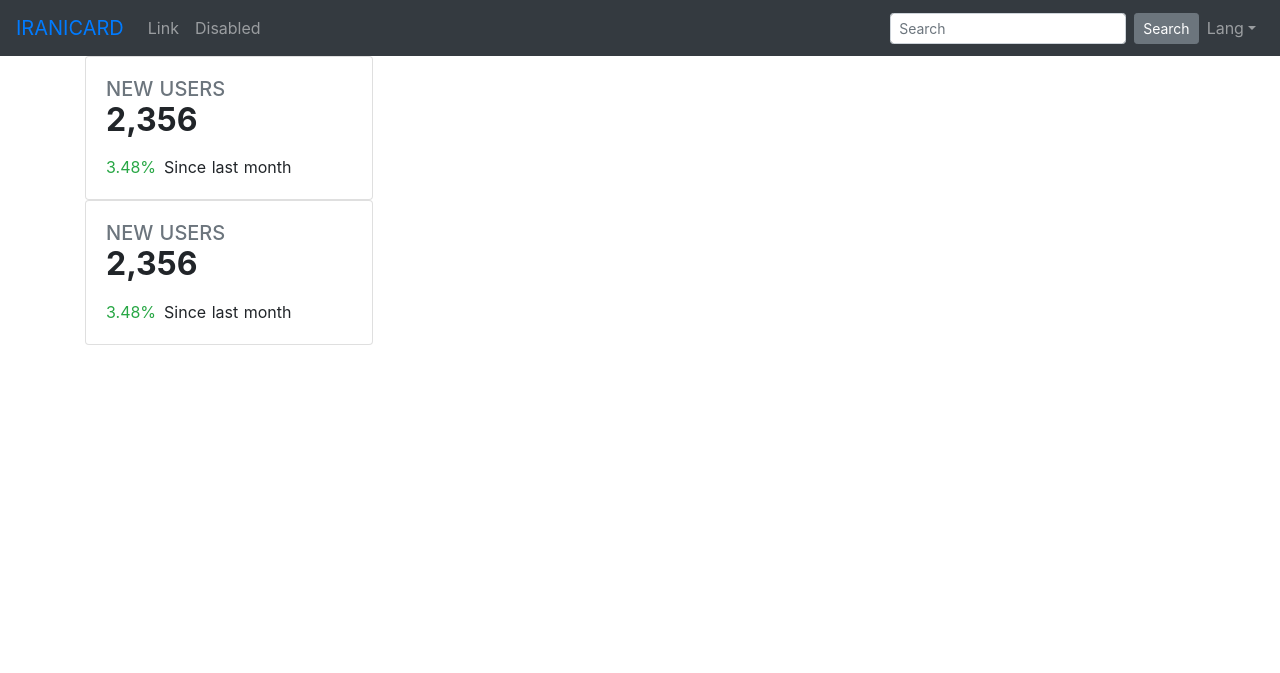
Repository: hosseinemami1370/iranicard
Page: /user
An editor plug-in stored every save of this project. The page is shown before and after a run of saves, followed by the edit.
The browser window is 1280 px wide. The pictures show the whole page.
The page's requests for data from a server got no answer. The project was rebuilt for these pictures with package versions that can differ from the ones it lists, and the page was loaded fresh each time. The framework's server and built-in components were replaced by stand-ins that run in the browser. No one was signed in, and anything a server would have sent is missing. Also part of the build but not shown: nuxt.config.js, components/Header.vue, components/Logo.vue, components/UI/AppButton.vue, layouts/admin.vue, layouts/error.vue.

Above is the page before, as saved 2021-03-16 01:05:38.

After the next 2 saves:
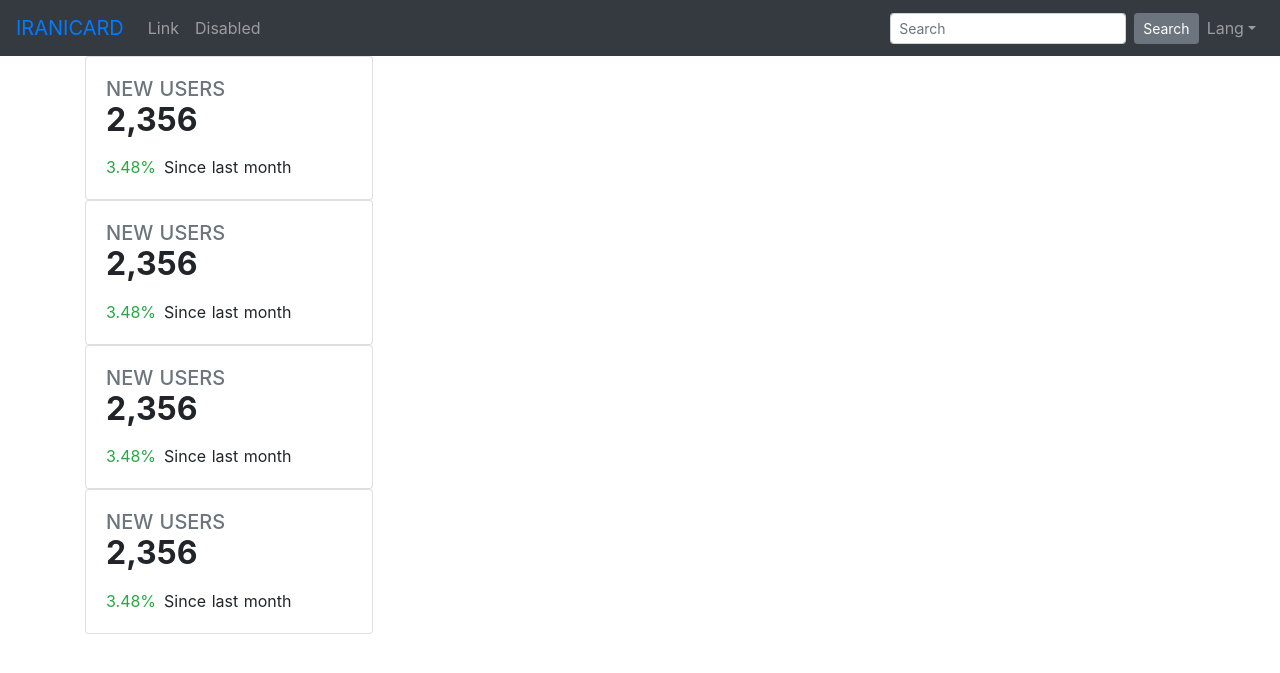
The 2 saves are shown as one change because they came seconds apart.
The last was saved 9 s later.
--- a/pages/user/index.vue
+++ b/pages/user/index.vue
@@ -1,6 +1,50 @@
 <template>
   <b-container class="bv-example-row">
    <div style="width: 18rem;">
+  <div class="card card-stats">
+    <!-- Card body -->
+    <div class="card-body">
+      <div class="row">
+        <div class="col">
+            <h5 class="card-title text-uppercase text-muted mb-0">New users</h5>
+            <span class="h2 font-weight-bold mb-0">2,356</span>
+        </div>
+        <div class="col-auto">
+          <div class="icon icon-shape bg-orange text-white rounded-circle shadow">
+              <i class="ni ni-chart-pie-35"></i>
+          </div>
+        </div>
+      </div>
+      <p class="mt-3 mb-0 text-sm">
+          <span class="text-success mr-2"><i class="fa fa-arrow-up"></i> 3.48%</span>
+          <span class="text-nowrap">Since last month</span>
+      </p>
+    </div>
+  </div>
+</div>
+<div style="width: 18rem;">
+  <div class="card card-stats">
+    <!-- Card body -->
+    <div class="card-body">
+      <div class="row">
+        <div class="col">
+            <h5 class="card-title text-uppercase text-muted mb-0">New users</h5>
+            <span class="h2 font-weight-bold mb-0">2,356</span>
+        </div>
+        <div class="col-auto">
+          <div class="icon icon-shape bg-orange text-white rounded-circle shadow">
+              <i class="ni ni-chart-pie-35"></i>
+          </div>
+        </div>
+      </div>
+      <p class="mt-3 mb-0 text-sm">
+          <span class="text-success mr-2"><i class="fa fa-arrow-up"></i> 3.48%</span>
+          <span class="text-nowrap">Since last month</span>
+      </p>
+    </div>
+  </div>
+</div>
+<div style="width: 18rem;">
   <div class="card card-stats">
     <!-- Card body -->
     <div class="card-body">
